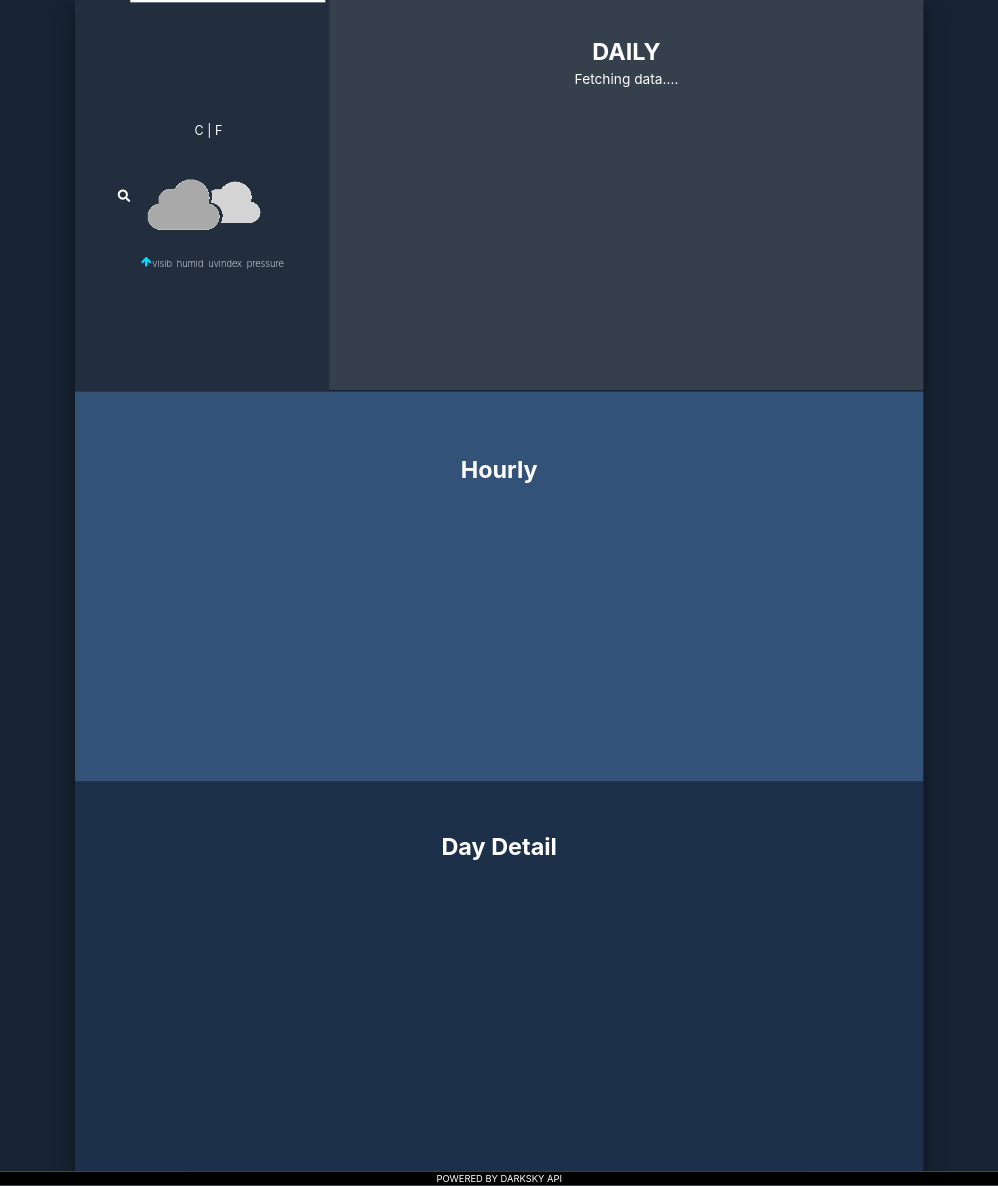
Repository: DOODpls/assignment3_weather
Page: index.html
An editor plug-in stored every save of this project. The page is shown before and after the next save, followed by the edit.
The browser window is 1280 px wide. The pictures show the whole page, at 78% of full size.
Some web fonts or font styles are not loaded; a fallback is used. Some web libraries are served in a nearby version.

Above is the page before, as saved 2020-01-07 19:30:25.

### index.html
<!DOCTYPE html>
<html lang="en">
    <head>
        <meta charset="UTF-8" />
        <meta name="viewport" content="width=device-width, initial-scale=1.0" />
        <meta http-equiv="X-UA-Compatible" content="ie=edge" />
        <script src="https://ajax.googleapis.com/ajax/libs/jquery/1/jquery.min.js" type="text/javascript"></script>
        <script src="https://ajax.googleapis.com/ajax/libs/jqueryui/1.10.3/jquery-ui.min.js"></script>
        <script src="https://cdnjs.cloudflare.com/ajax/libs/font-awesome/5.11.2/js/all.js"></script>
        <title>The Weathering</title>
        <link rel="shortcut icon" href="./icons/favicon.ico" />
        <link
            rel="stylesheet"
            href="https://cdnjs.cloudflare.com/ajax/libs/bulma/0.7.5/css/bulma.min.css"
            integrity="sha256-vK3UTo/8wHbaUn+dTQD0X6dzidqc5l7gczvH+Bnowwk="
            crossorigin="anonymous"
        />
        <link
            rel="stylesheet"
            href="https://cdnjs.cloudflare.com/ajax/libs/open-iconic/1.1.1/font/css/open-iconic.min.css"
            integrity="sha256-CfN2r6i/dqkUHVRqpBzO3w21SnIWalwGfj5ScBPVzmI="
            crossorigin="anonymous"
        />
        <link rel="stylesheet" href="styles.css" />
    </head>
    <body>
        <div class="page">
            <div class="main-container">
                <div class="today-container">
                  <i class="fas fa-search search-button"></i>
                  <form action="" method="post" name="form_citydetails" id="form_citydetails" enctype="multipart/form-data" onsubmit="return false;">
                    <input class="ff_elem city-text" type="text" name="ff_nm_from[]" value="" id="f_elem_city" placeholder="Type City" onkeydown="search(this)"/>
                    </form>
                    <div class="today-stage">
                      <div class="unitswitcher">
                        <div class="celcius" id='cell'>C</div>
                        <br>
                        <p>&nbsp;|&nbsp;</p>
                        <div class="farenheight" id="farr">F</div>
                      </div>
                        <div class="info-holder">
                          <div class="preload"></div>
                          <canvas id="icon0" width="150" height="150"></canvas>
                          <p class="city"></p>
                          <p class="today-temp"></p>
                          <p class="today-description"></p>
                          <p class="today-minmax"></p>
                          <div class="sub-info">
                          <p class="app-temp"></p>
                          <div class="wind-holder">
                            <p class="wind-speed"></p>
                            <div class="wind-direction"></div>
                          </div>
                          <p class="visibility">visib</p>
                          <p class="humidity">humid</p>
                          <p class="uvindex">uvindex</p>
                          <p class="pressure">pressure</p>
                          </div>
                        </div>
                    </div>
                </div>

                <div class="week-container">
                  <p class="daily-title">DAILY</p>
                  <p class="week-summary">Fetching data....</p>
                  <div class="week-stage" id="week-stages">
                  </div>
                </div>
                <div class="hourly-container">
                  <p class="daily-title">Hourly</p>
                  <div class="hourly-row"></div>
                </div>
                <div class="day-details">
                  <div class="titlebar">
                    <p class="daily-title">Day Detail</p>
                    <p class="day-summ"></p>
                  </div>
                  <div class="summary-flex">
                  <div class="melovesomeclouds">
                    <p class="habanero"></p> <!-- have to name it like this bc for some readon uvindex(whatever) wont work  -->
                    <p class="cloud-cover"></p>
                  </div>

                  <div class="sunny">
                    <p class="sunrise"></p>
                    <p class="sunset"></p>
                  </div>

                  <div class="airwater">
                    <p class="humidity2"></p>
                    <p class="dew-point"></p>
                  </div>

                  <div class="wind">
                    <p class="ave-windspeed"></p>
                    <p class="ave-windgust"></p>
                  </div>
                </div>
                </div>
            </div>
        </div>
        <footer class="foooterrr">
          <a href="https://darksky.net/dev">POWERED BY DARKSKY API</a>
        </footer>
        <script src="./skycons.js"></script>
        <script src="./app.js"></script>
    </body>
</html>

### styles.css

.page {
  display: flex;
  color: white;
  justify-content: center;
  flex-wrap: wrap;
  background-color: #172332;
  width: 100%;
  height: 100%;
  overflow: hidden;
}
.main-container {
  height: 100%;
  width: 85vw;
  overflow-y: hidden;
  box-sizing: content-box;
  display: flex;
  justify-content: flex-start;
  flex-wrap: wrap;
  box-shadow: 0 14px 28px rgba(0, 0, 0, 0.25), 0 10px 10px rgba(0, 0, 0, 0.22);
}
.today-container {
  flex: 30%;
  display: flex;
  height: 502px;
  background: #222e3e;
  justify-content: center;
  align-items: center;
  overflow: hidden;
}
.unitswitcher{
  color: white;
  display: flex;
  justify-content: center;
}
.celcius, .farenheight{
  text-decoration: none;
  color: white;
}
.celcius:hover, .farenheight:hover{
  color: rgb(161, 161, 161);
}
.ui-helper-hidden-accessible{
  visibility: hidden;
  position: absolute;
}


.ui-autocomplete {
  position: absolute;
  top: 100%;
  left: 0;
  z-index: 1000;
  float: left;
  display: none;
  min-width: 160px;
  padding: 4px 0;
  margin: 0 0 10px 25px;
  list-style: none;
  background-color: #36404d;
  border-color: #ccc;
  border-color: rgba(0, 0, 0, 0.2);
  border-style: solid;
  border-width: 1px;
  -webkit-border-radius: 5px;
  -moz-border-radius: 5px;
  border-radius: 5px;
  -webkit-box-shadow: 0 5px 10px rgba(0, 0, 0, 0.2);
  -moz-box-shadow: 0 5px 10px rgba(0, 0, 0, 0.2);
  box-shadow: 0 5px 10px rgba(0, 0, 0, 0.2);
  -webkit-background-clip: padding-box;
  -moz-background-clip: padding;
  background-clip: padding-box;
  *border-right-width: 2px;
  *border-bottom-width: 2px;
}

.ui-menu-item > a.ui-corner-all {
  display: block;
  padding: 3px 15px;
  clear: both;
  font-weight: normal;
  line-height: 18px;
  color: #ffffff;
  white-space: nowrap;
  text-decoration: none;
}

.ui-state-hover, .ui-state-active {
  color: #ffffff;
  text-decoration: none;
  background-color: #0088cc;
  border-radius: 0px;
  -webkit-border-radius: 0px;
  -moz-border-radius: 0px;
  background-image: none;
}


.preload{
  background-image: url(./preloader.gif);
  height: 170px;
  width: 170px;
  background-size: 170px;
  position: absolute;
  top: 0;
  display: none;
}
.today-stage {
    position: relative;
    /* background: rgba(0, 0, 0, 0.2); */
}
/* #icon1{
  background-image: url(./preloader.gif);
  background-size: 150px;
} */
.today-icon {
    font-size: 140px;
    opacity: 0.17;
}
.city{
  transition-duration: .5s;
}
.today-temp {
    font-weight: 900;
    font-size: 50px;
    transition-duration: .5s;
}

.info-holder{
  display: flex;
  flex-direction: column;
  justify-content: center;
  align-items: center;
  position: relative;
}
.city-text{
  border-radius: 0px;
  width: 250px;
  height: 25px;
  font-family: Arial, Helvetica, sans-serif;
  font-size: 17px;
  color: #555;
  border: none;
  box-sizing: border-box;
  position: absolute;
  top: -22px;
}
.sub-info{
  display: flex;
  justify-content: space-around;
  flex-direction: row;
  flex-wrap: wrap;
  width: 200px;
  transition-duration: .5s;
}
.app-temp{
    font-weight: 200;
    font-size: 12px;
}
.visibility{
  font-weight: 200;
  font-size: 12px;
}
.humidity{
  font-weight: 200;
  font-size: 12px;
}
.uvindex{
  font-weight: 200;
  font-size: 12px;
}
.pressure{
  font-weight: 200;
  font-size: 12px;
}
.today-minmax {
    font-weight: 400;
    font-size: 18px;
    opacity: 0.4;
    left: 0;
    transition-duration: .5s;
}
.today-description {
    font-weight: 400;
    font-size: 18px;
    transition-duration: .5s;
}
.wind-holder{
  display: flex;
  flex-direction: row;
}
.wind-direction{
    background-image: url('./icons/general_icon/arrow-up.svg');
    height: 13px;
    width: 13px;
    background-size: 13px;
    position: relative;
    left: 5px;
    transition-duration: .5s;
}
.wind-speed{
    font-weight: 200;
    font-size: 12px;
}
.week-container {
    flex: 70%;
  height: 500px;
  width: auto;
  background-color: #36404d;
  display: flex;
  justify-content: center;
  flex-direction: column;
  align-items: center;
}
.week-summary{
  font-size: 1.1em;
  height: auto;
  width: auto;
  margin-left: 20px;
  margin-right: 20px;
  margin-bottom: 20px;
  transition-duration: .5s;
}
.week-stage {
  height: 320px;
  width: auto;
  display: flex;
  justify-content: space-between;

}


/* Track */
.week-day-container {
    height: auto;
    width: 100px;
    margin-left: 20px;
    margin-right: 20px;
    display: flex;
    flex-direction: column;
    justify-content: space-aroud;
    align-items: center;
    position: relative;
    transition-duration: .5s;
}
.week-day-container:hover{
  opacity: .5;
}
@media (max-width:1890px){
  .week-stage {
  width: 80vmin;
  overflow-x: scroll;
  overflow-y: hidden;
  }

}


.week-day-container p {
    font-weight: 400;
    font-size: 12px;
    color: white;
}

.week-day-container span {
    opacity: 0.17;
    font-size: 24px;
    margin: 0;
}
.hourly-container{
  height: 500px;
  width: 100%;
  background-color: #335277;
  display: flex;
  justify-content: center;
  flex-direction: column;
  align-items: center;
}
.hourly-row{
  display: flex;
  flex-direction: row;
  width: 1500px;
  overflow-x: scroll;
  overflow-y: hidden;
  height: 300px;
}

.hourly-cards{
  font-weight: 400;
    font-size: 12px;
    color: white;
    width: 150px;
    display: flex;
    flex-direction: column;
    justify-content: center;
    align-items: center;
    margin-left: 20px;
  margin-right: 20px;
  transition-duration: .5s;
}
.hourly-cards p{
  font-weight: 400;
    font-size: 12px;
    color: white;
}
.loopwind{
  width: auto;
  display: flex;
  flex-direction: row;
  align-items: center;
}
.arrow-rotator{
  background-image: url('./icons/general_icon/arrow-up.svg');
  height: 10px;
  width: 10px;
  background-size: 10px;
  position: relative;
  margin-right: 5px;
  transition-duration: .5s;
}

@media (max-width:1800px){
  .hourly-row{
    width: 80vw;
  }
}

/* width */
::-webkit-scrollbar {
  width: 10px;
  height: 10px;
  border-radius: 20px;
}

/* Track */
::-webkit-scrollbar-track {
  background: #f1f1f1;
  border-radius: 20px;
}

/* Handle */
::-webkit-scrollbar-thumb {
  background: #888;
  border-radius: 20px;
}

/* Handle on hover */
::-webkit-scrollbar-thumb:hover {
  background: #555;
}
.day-details{
  display: flex;
  justify-content: space-around;
  flex-direction: column;
  align-items: center;
  width: 100%;
  height: 500px;
  background-color: #1c3049;
}

.titlebar{
  display: flex;
  flex-direction: column;
  align-items: center;
  justify-content: center;
  align-content: space-between;
  height: 250px;
  margin-left: 10px;
  margin-right: 10px;
  text-align: center;
}
.daily-title{
  font-size: 30px;
  font-weight: bold;
}
.day-summ{
  font-size: 20px;
  position: relative;
  top: 30px;
}
.wind, .airwater, .sunny, .melovesomeclouds{
  font-size: 20px;
  font-weight: bold;
  width: 300px;
  transition-duration: .5s;
  text-align: center;
}
.summary-flex{
  display: flex;
  justify-content: space-around;
  align-items: center;
  flex-wrap: wrap;
  width: 800px;
  height: 500px;
  background-color: #1c3049;
  transition-duration: .5s;
}

@media (max-width: 950px){
  .summary-flex{
    width: 100%;
    margin-right: 5px;
    margin-left: 5px;
  }

}

@media (max-width:705px){
  .wind, .airwater, .sunny, .melovesomeclouds{
    font-size: 20px;
    font-weight: bold;
    display: flex;
    justify-content: center;
    flex-direction: column;
    align-items: center;
    margin-left: 10px;
    margin-right: 10px;
  }

  .main-container {
    width: 100%;
  }
  .week-container{
    flex: none;
    width: 100%;
  }
  .week-stage, .hourly-row{
    width: 90%;
  }
}
@media (max-width:260px){
  .city-text{
    width: 100%;
  }
}
.foooterrr{
  background-color: black;
  color: white;
  font-size: 12px;
  display: flex;
  justify-content: center;
  flex-direction: column;
  align-items: center;
}
a{
  text-decoration: none;
  color: white;
}

Loaded but not shown: skycons.js (726 lines, source omitted); app.js (331 lines, source omitted)

After the next save:
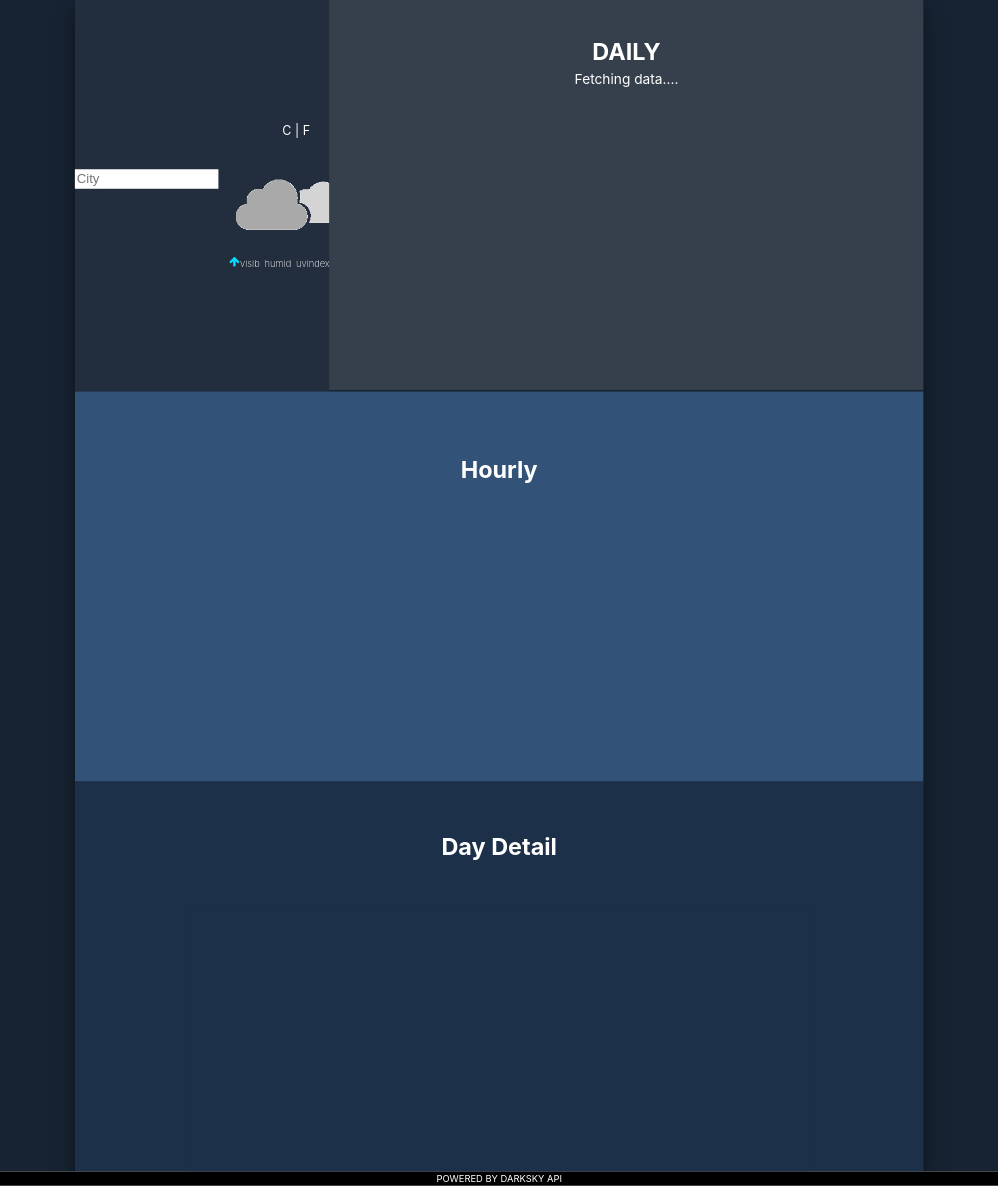
Saved 17 s later.
--- a/styles.css
+++ b/styles.css
@@ -136,14 +136,14 @@
 }
 .city-text{
   border-radius: 0px;
-  width: 250px;
+  width: auto;
   height: 25px;
   font-family: Arial, Helvetica, sans-serif;
   font-size: 17px;
   color: #555;
   border: none;
   box-sizing: border-box;
-  position: absolute;
+  position: relative;
   top: -22px;
 }
 .sub-info{
